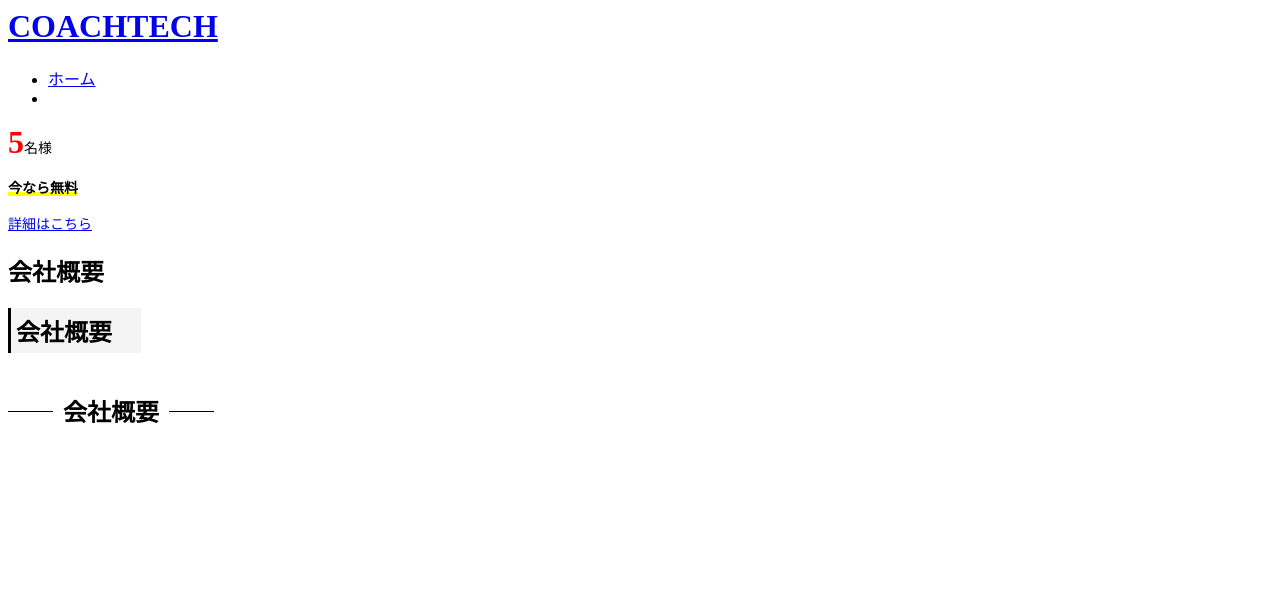
Repository: 9136424556/todo01
Page: coachtech/html-css/ホームページ基礎css2-4.html
An editor plug-in stored every save of this project. The page is shown before and after the next save, followed by the edit.
The browser window is 1280 px wide. The pictures show the whole page.

Above is the page before, as saved 2023-12-04 02:14:35.

After the next save:
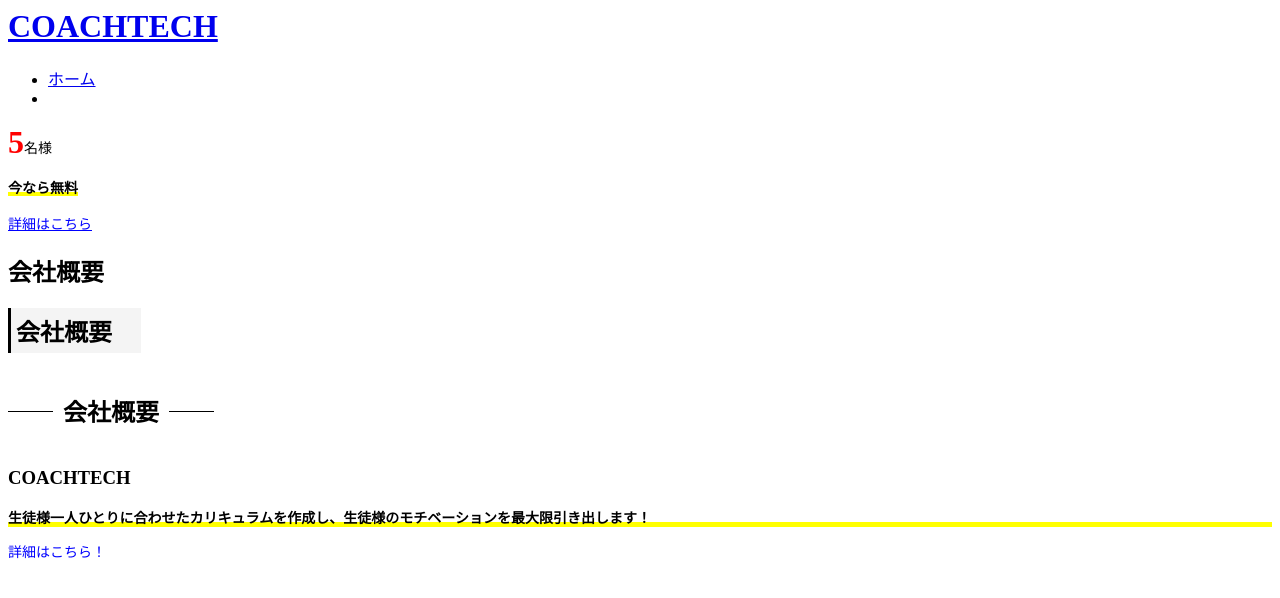
Saved 6 min 27 s later.
--- a/coachtech/html-css/ホームページ基礎css2-4.html
+++ b/coachtech/html-css/ホームページ基礎css2-4.html
@@ -20,3 +20,10 @@
 <h2 class="title"><span class="title-innet">会社概要</span></h2>
 <h2 class="title3">会社概要</h2>
 <h2 class="title4">会社概要</h2>
+<div class="card">
+    <h3 class="title5">COACHTECH</h3>
+    <p class="text2">
+        生徒様一人ひとりに合わせたカリキュラムを作成し、生徒様のモチベーションを最大限引き出します！
+    </p>
+    <a class="link">詳細はこちら！</a>
+</div>
